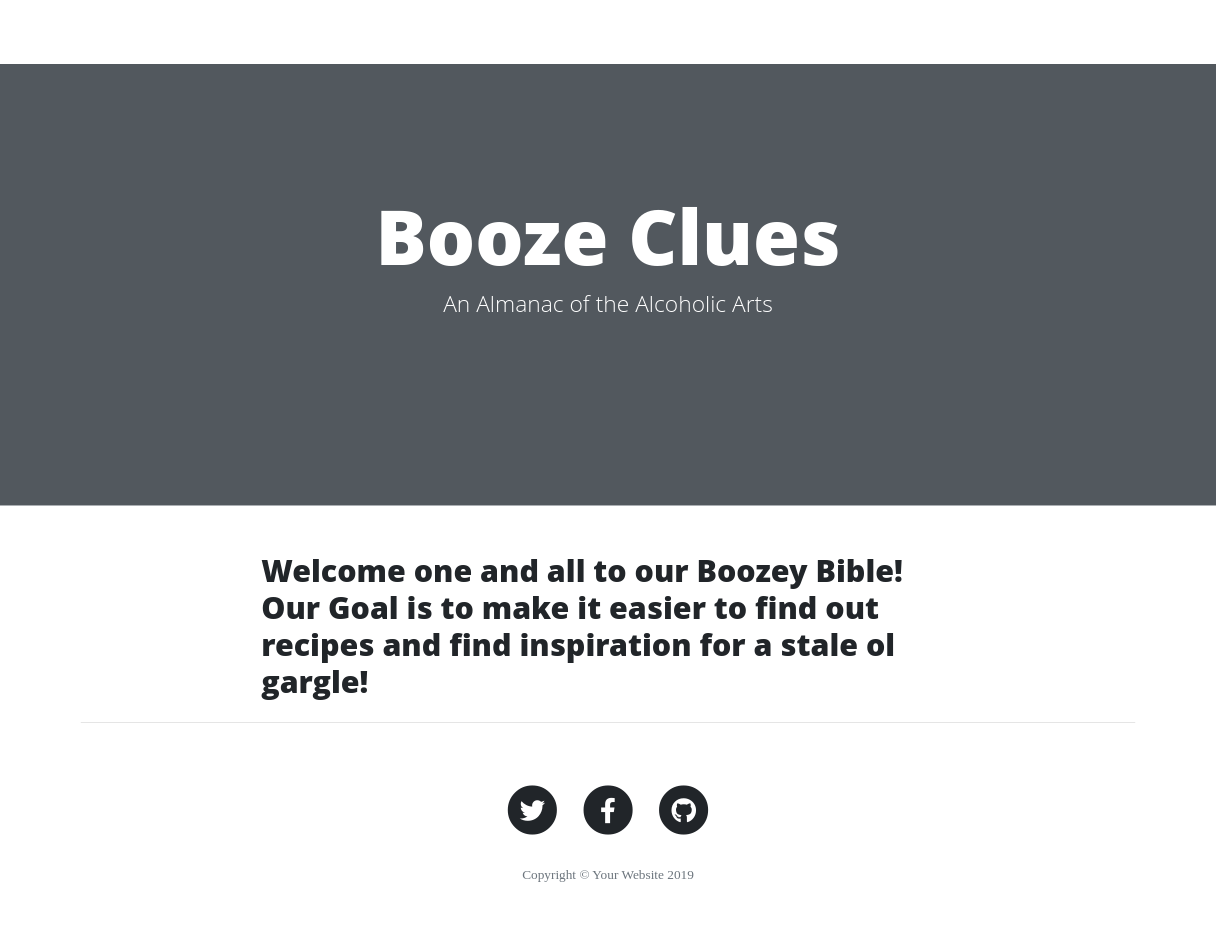
Repository: LiamB123/Booze-Clues
Page: http://localhost/
The author's editor kept a record of every edit. The page is drawn from the files as they stood at one moment, then again after the next edit.
The browser window is 1280 px wide. The pictures show the whole page, at 95% of full size.
Some web fonts or font styles are not loaded; a fallback is used. The page is served by the project's application, run on Flask 3 (app.py).

Above is the page before.

After the next edit:
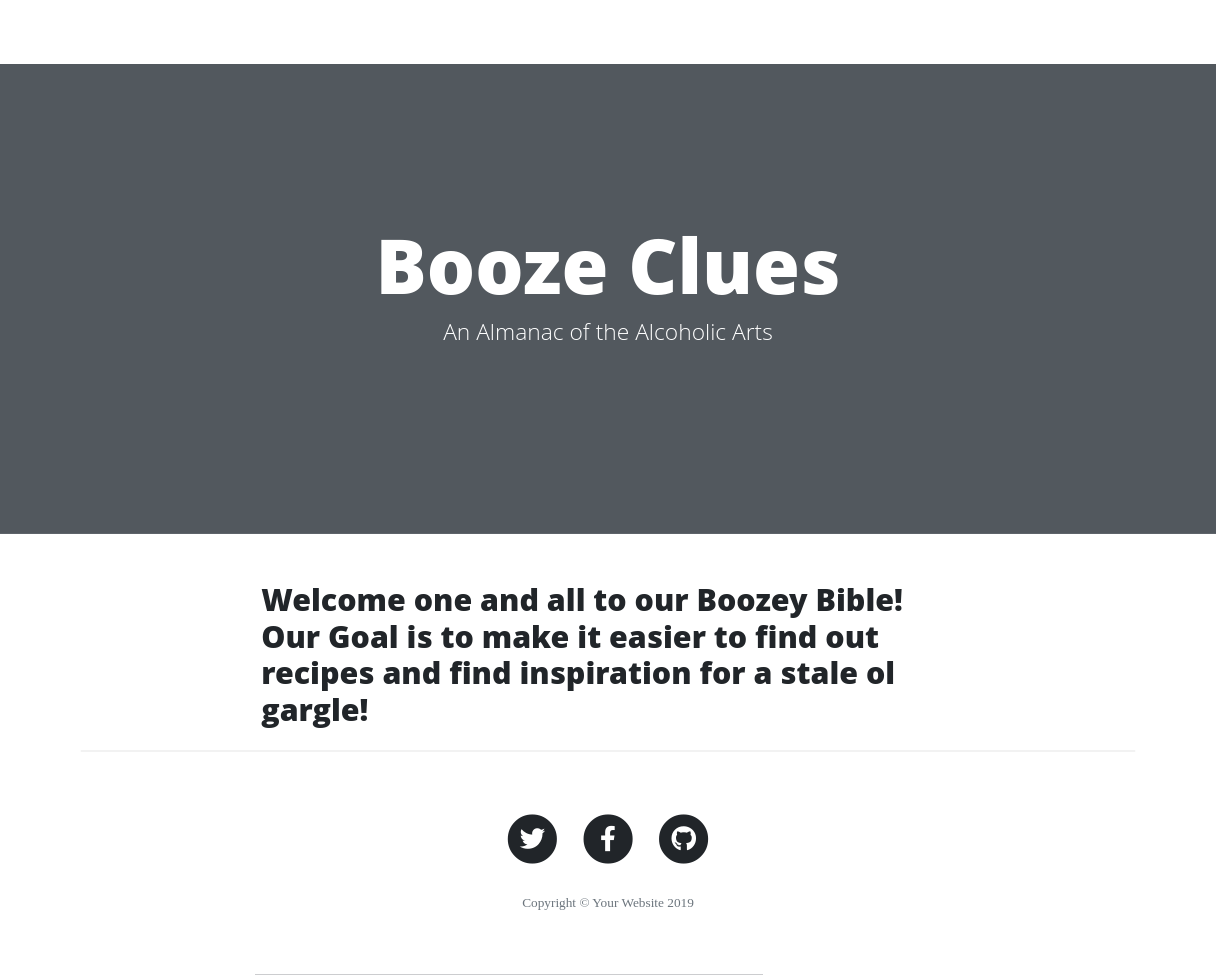
Not found: img/Cocktail_Header
The edit:
--- a/templates/base.html
+++ b/templates/base.html
@@ -49,7 +49,7 @@
     </nav>
 
     <!-- Page Header -->
-    <header class="masthead" style="background-image: Cocktail_header.jpg">
+    <header class="masthead" style="background-image:'Cocktail_Header.jpg"><img src="img/Cocktail_Header"></img>
       <div class="overlay"></div>
       <div class="container">
         <div class="row">

After the 2 edits that followed:
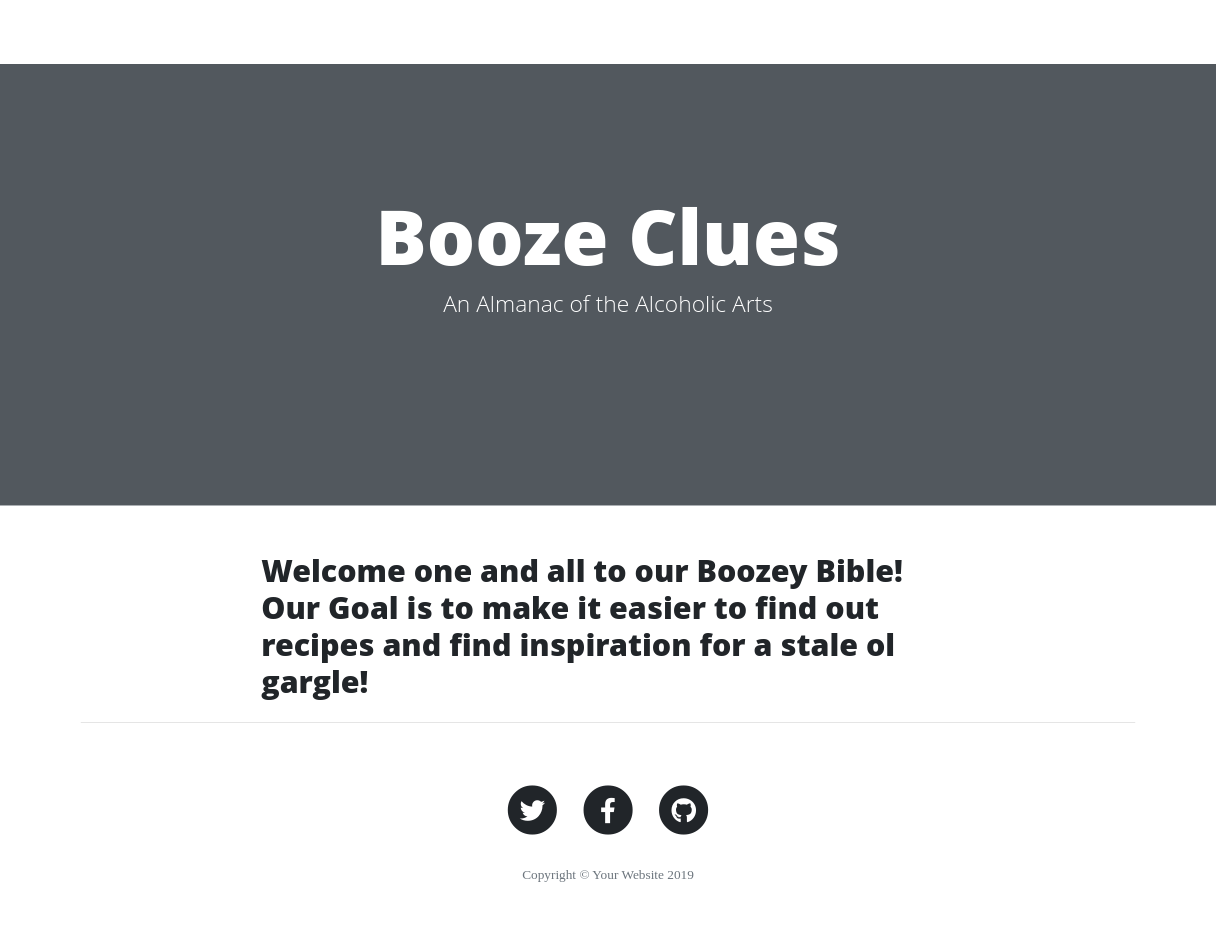
The 2 edits are shown as one change because 1 left the picture as it was.
The edit:
--- a/templates/base.html
+++ b/templates/base.html
@@ -35,7 +35,7 @@
               <a class="nav-link" href="{{url_for('home')}}">Home</a>
             </li>
             <li class="nav-item">
-              <a class="nav-link" href="{{url_for('about')}}">About Us</a>
+              <a class="nav-link" href="{{url_for('about')}}">About Us </a>
             </li>
             <li class="nav-item">
               <a class="nav-link" href="{{url_for('get_recipes')}}">Recipes!</a>
@@ -49,7 +49,7 @@
     </nav>
 
     <!-- Page Header -->
-    <header class="masthead" style="background-image:'Cocktail_Header.jpg"><img src="img/Cocktail_Header"></img>
+    <header class="masthead"  class= "background-pic" src="../static/img/Cocktail_Header.jpg">
       <div class="overlay"></div>
       <div class="container">
         <div class="row">
